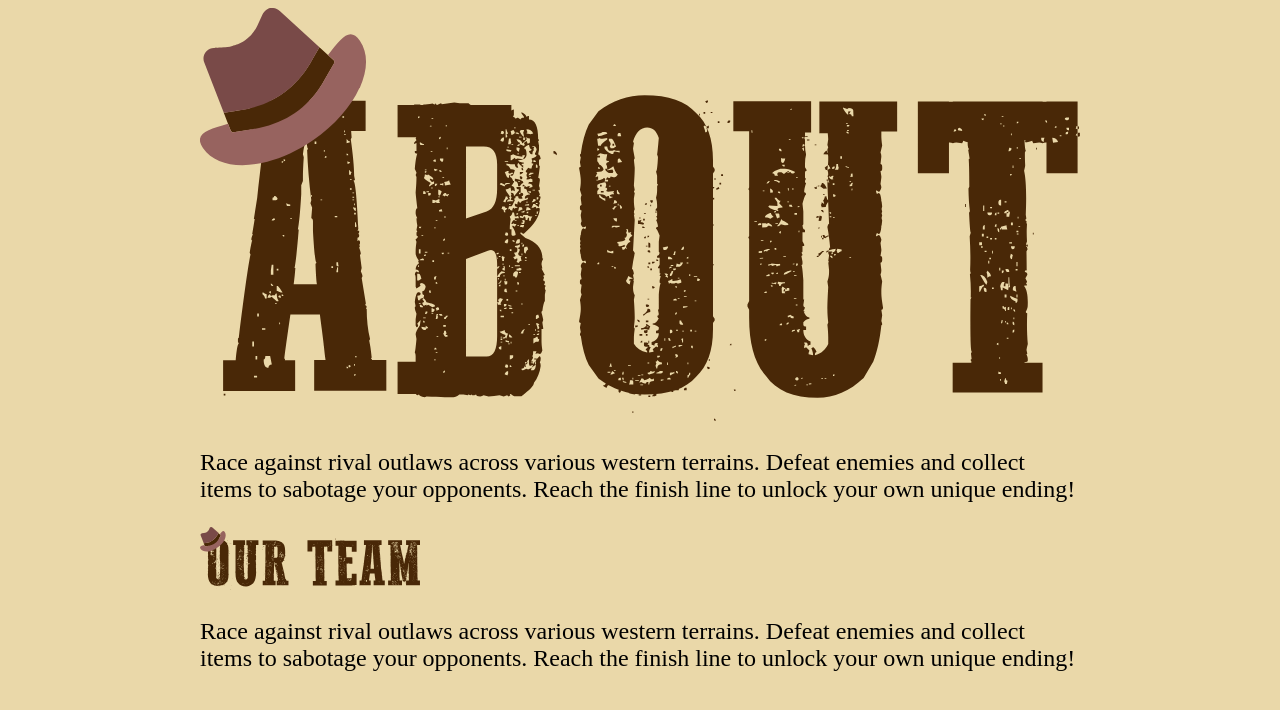
Repository: AlyssaHug/Bandit-Breakout
Page: index.html
The author's editor kept a copy of each file at every save. The page is drawn from the files as they stood at one save, then again after a run of saves.
The browser window is 1280 px wide. The pictures show the whole page.
Some web fonts or font styles are not loaded; a fallback is used.

Above is the page before, as saved 2025-05-06 12:20:09.

After the next 3 saves:
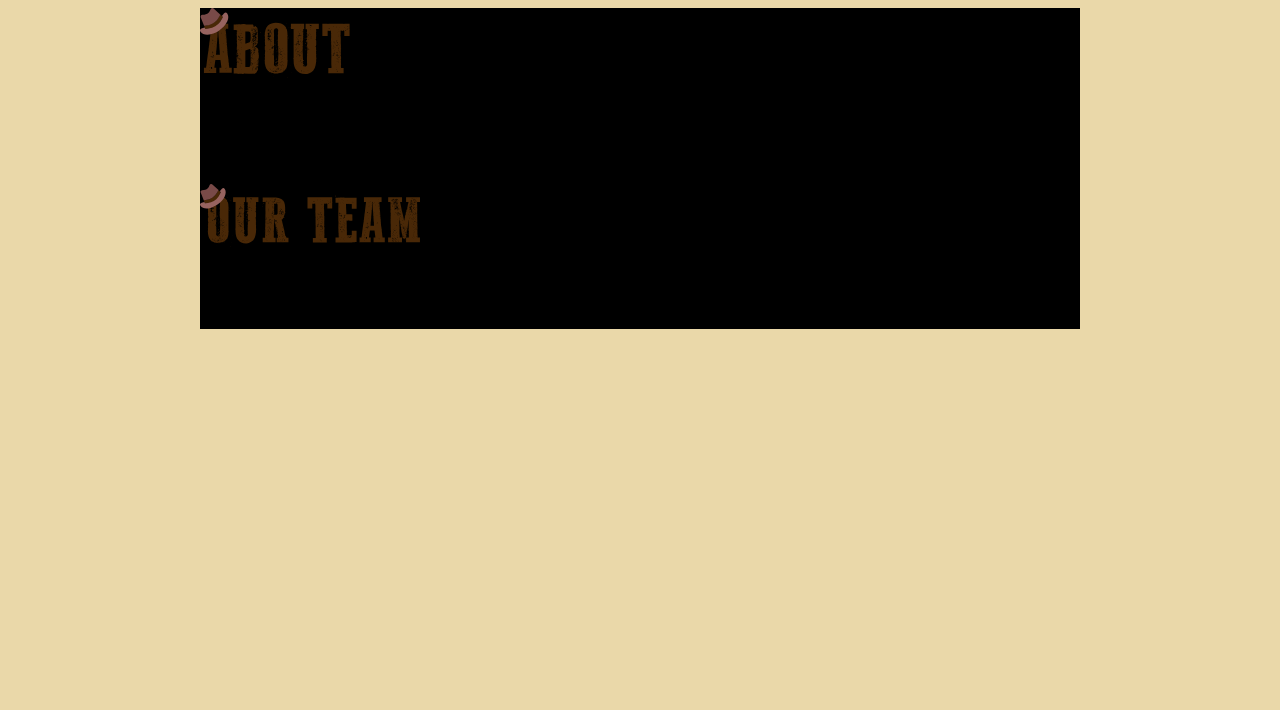
The 3 saves are shown as one change because they came seconds apart.
The last was saved 9 s later.
--- a/styles.css
+++ b/styles.css
@@ -27,7 +27,9 @@ html {
     background-color: #EAD8A9;
 }
 
-.main
+.main_section{
+  background-color: black;
+}
 .about_section-heading {
     width: 150px;
 }
